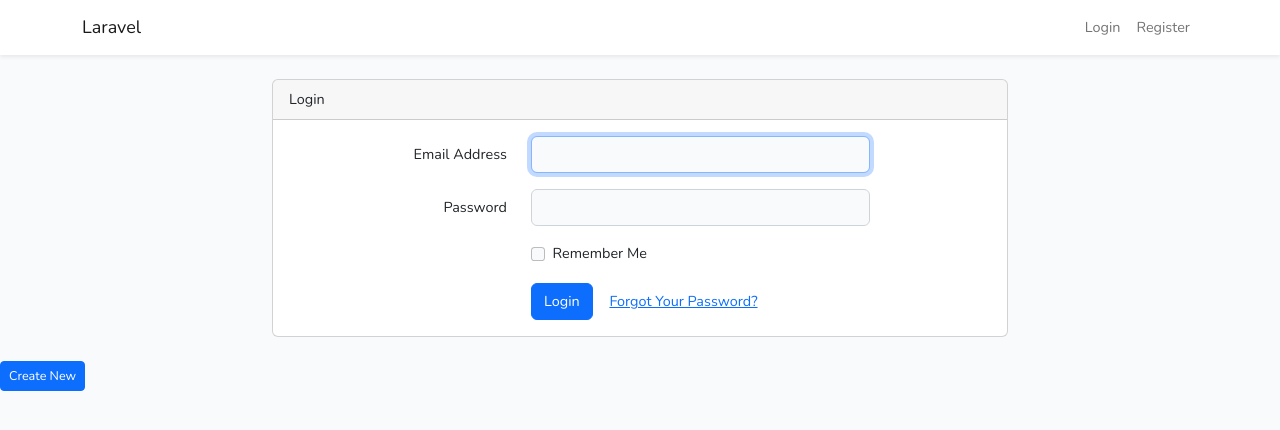
Repository: Hellcat98/Practica_laravel_alfredo
Page: http://localhost/login
These files come from the project's save history. The page is drawn as it stood at one moment and after the next save; the edit follows.
The browser window is 1280 px wide. The pictures show the whole page.
The page is served by the project's Laravel application, run on PHP 8.4 with Laravel 10. Style sheets and scripts are compiled from the project's sources, by tool versions that may differ from the author's.

Above is the page before, as saved 2023-06-11 17:16:46.

After the next save:
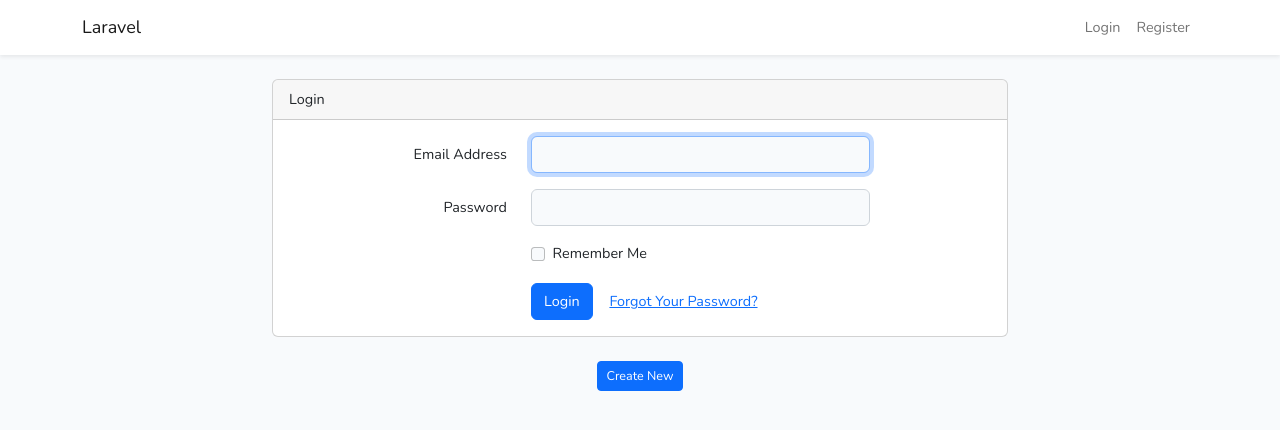
Saved 12 s later.
--- a/resources/views/layouts/app.blade.php
+++ b/resources/views/layouts/app.blade.php
@@ -79,9 +79,9 @@
     </div>
 
     <div class="float-right">
-        <a href="{{ route('proyecto.create') }}" class="btn btn-primary btn-sm float-right"  data-placement="left">
+       <center> <a href="{{ route('proyecto.create') }}" class="btn btn-primary btn-sm float-right"  data-placement="left">
           {{ __('Create New') }}
         </a>
-      </div>
+      </div></center>
 </body>
 </html>
